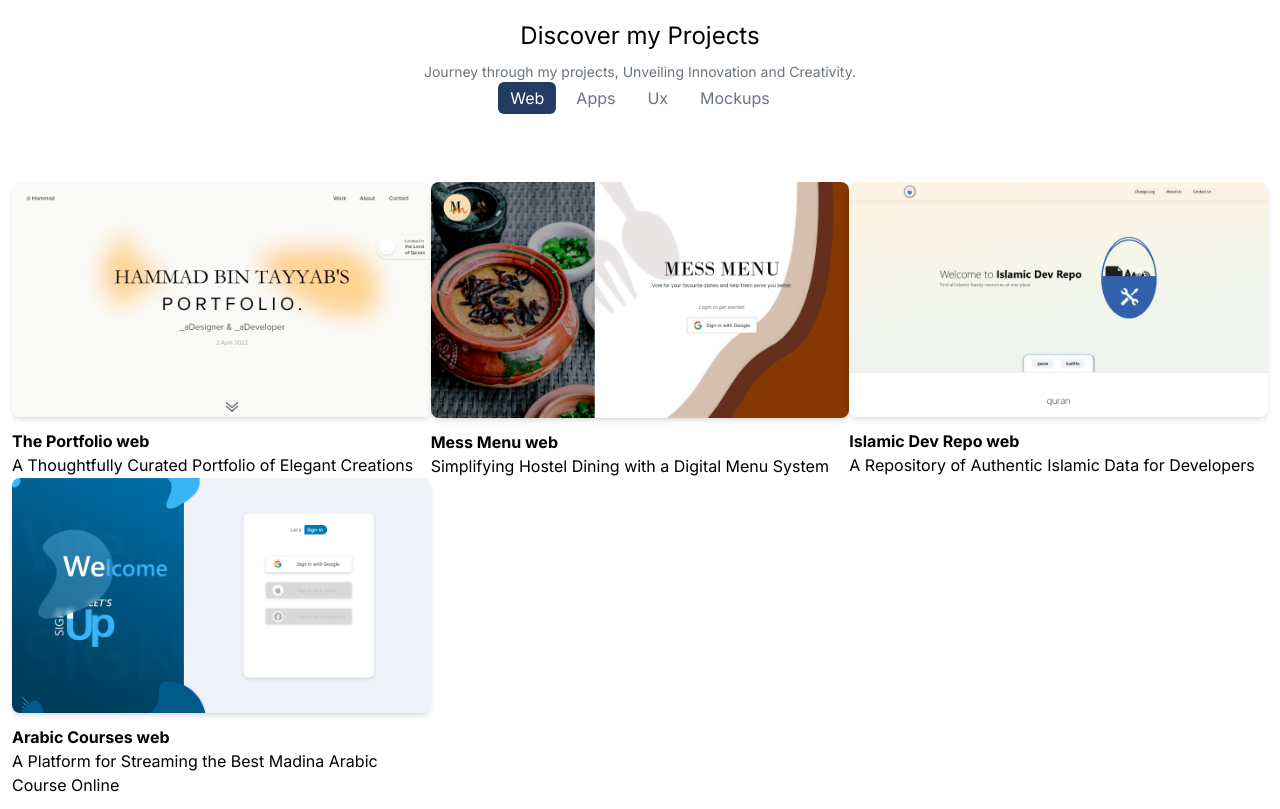
Repository: SpicierEwe/my_portfolio_v2
Page: /
An editor plug-in stored every save of this project. The page is shown before and after the next save, followed by the edit.
The browser window is 1280 px wide. The pictures show the whole page.
The project was rebuilt for these pictures with package versions that can differ from the ones it lists, and the page was loaded fresh each time. The framework's server and built-in components were replaced by stand-ins that run in the browser. Also part of the build but not shown: next.config.js, core/utils/customIcons.js, core/utils/utils.tsx, core/db/sub_db_data/ux_db.js.

Above is the page before, as saved 2024-04-22 11:09:55.

After the next save:
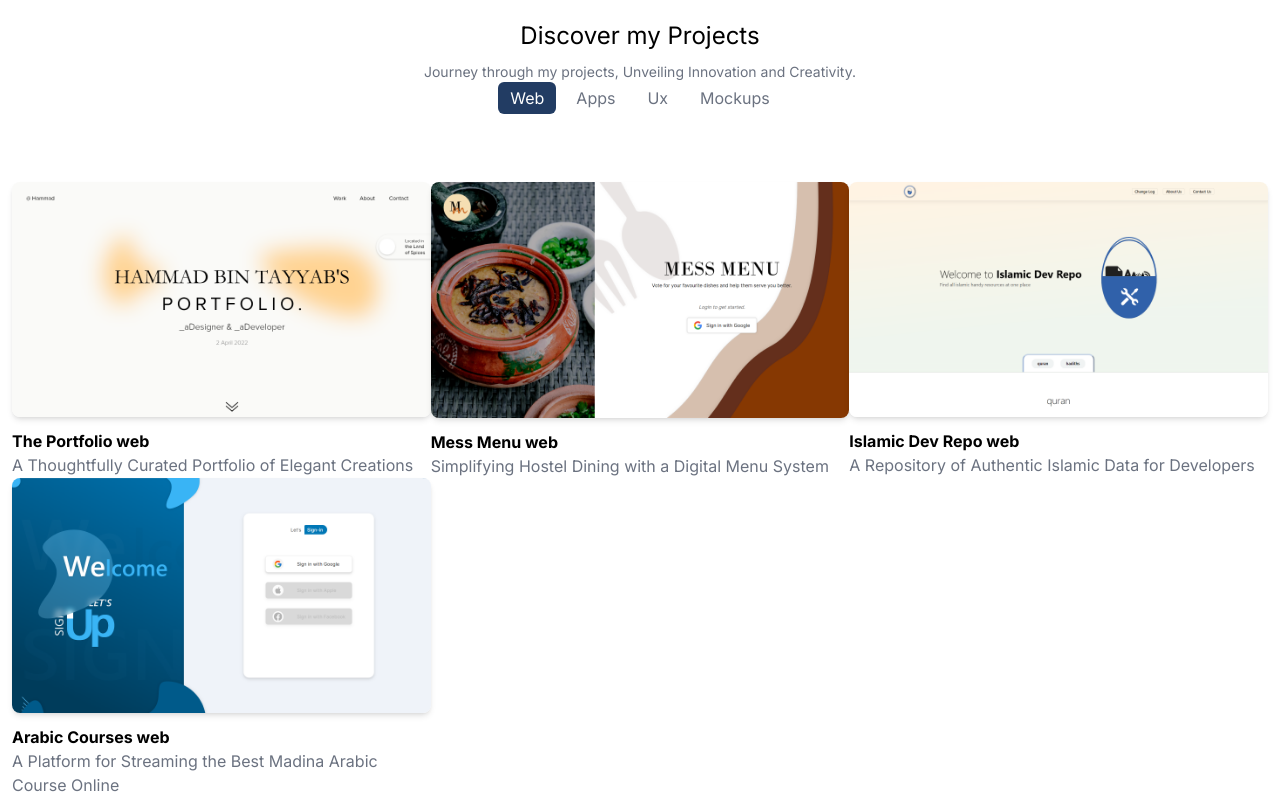
Saved 4 s later.
--- a/Components/Work_section/work_section.tsx
+++ b/Components/Work_section/work_section.tsx
@@ -70,7 +70,7 @@ export default function WorkSection() {
                     <p className="mt-3 font-bold">
                       {projectName} {selectedNavItemName}
                     </p>
-                    <p className="text-gray-400">{tagLine}</p>
+                    <p className="text-gray-500">{tagLine}</p>
                   </div>
                 </div>
               );
